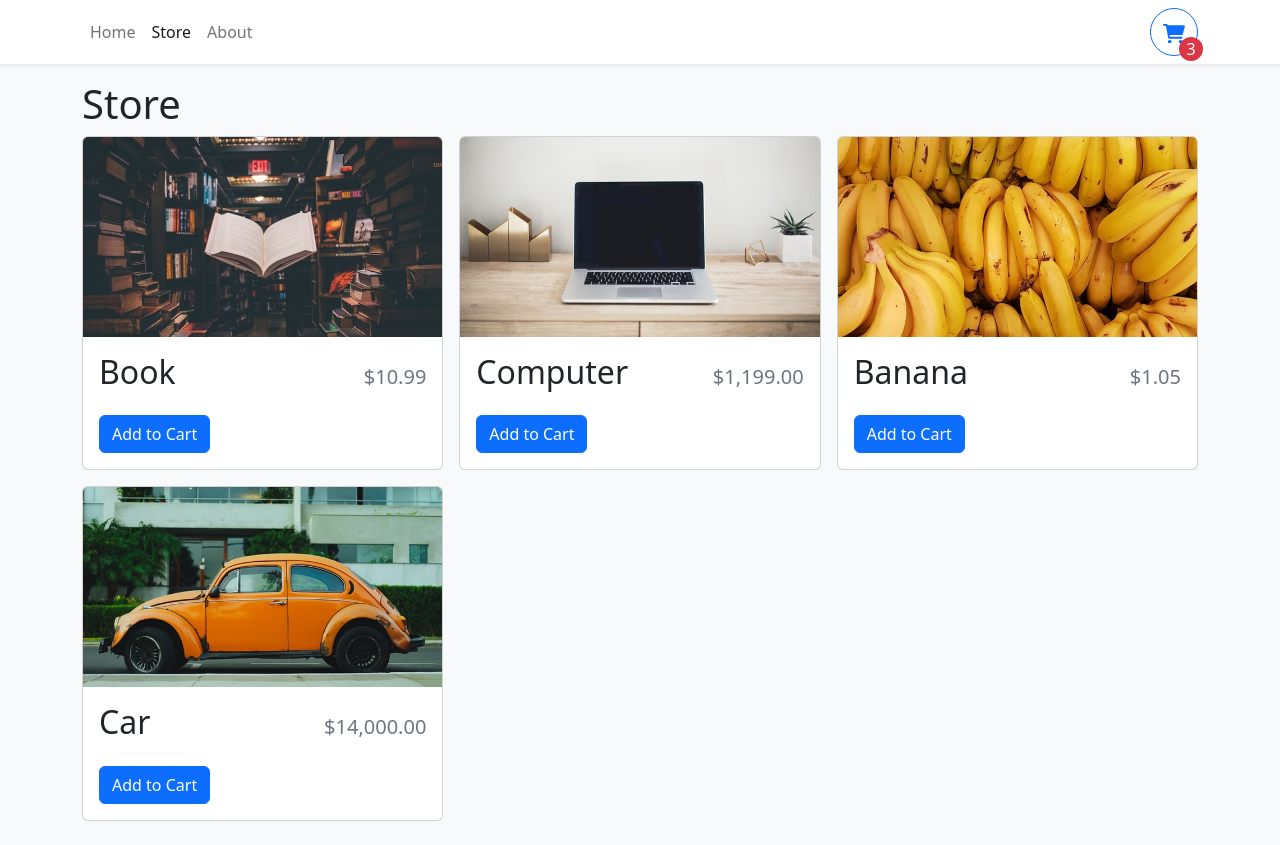
Repository: MoNasr2022/shopping-cart
Page: /store
The author's editor kept a copy of each file at every save. The page is drawn from the files as they stood at one save, then again after a run of saves.
The browser window is 1280 px wide. The pictures show the whole page.
The project was rebuilt for these pictures with package versions that can differ from the ones it lists, and the page was loaded fresh each time. Also part of the build but not shown: vite.config.ts, src/pages/Home.tsx, src/pages/About.tsx.

Above is the page before, as saved 2023-04-17 22:46:54.

After the next 5 saves:
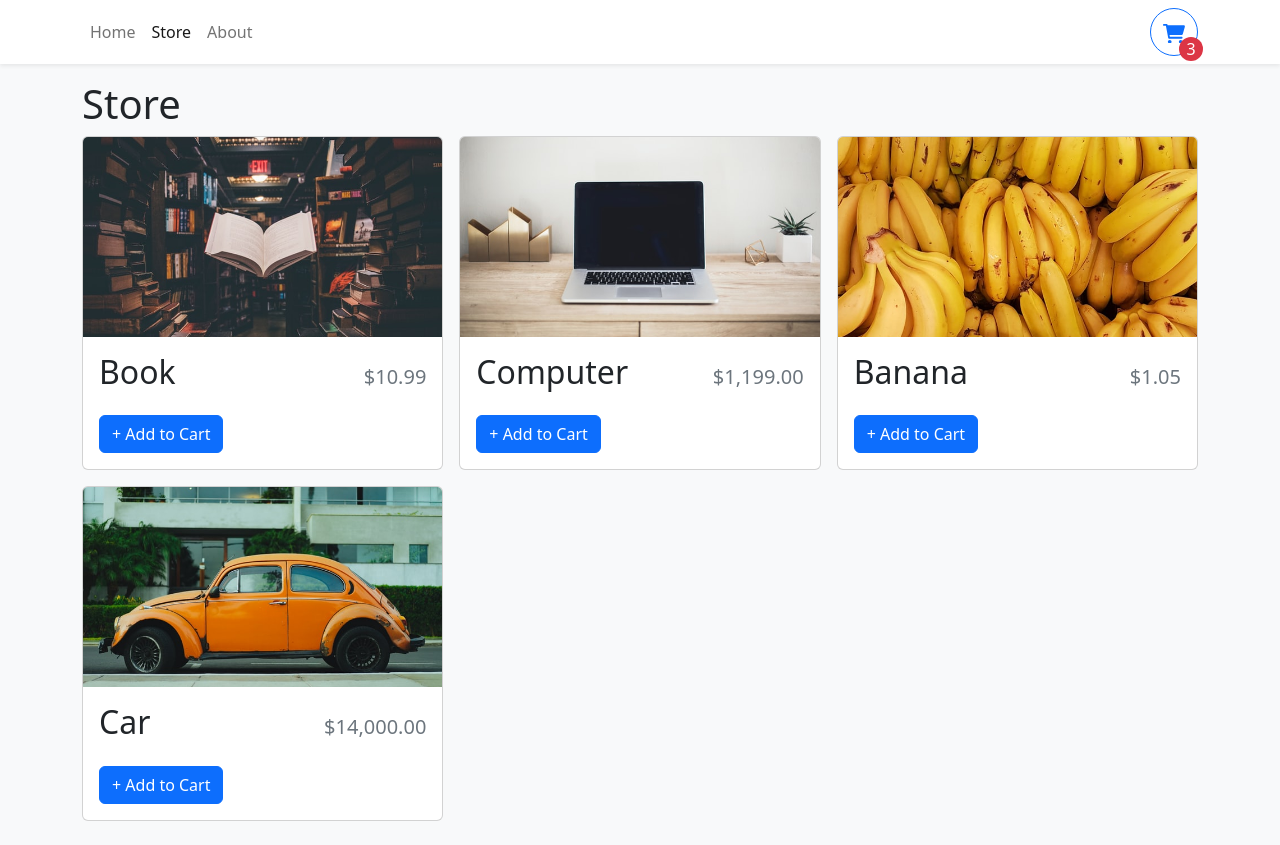
The 5 saves are shown as one change because they came seconds apart.
The last was saved 25 s later.
--- a/src/components/StoreItems.tsx
+++ b/src/components/StoreItems.tsx
@@ -25,7 +25,7 @@ function StoreItems({ id, name, price, imgUrl }: StoreItemsProps) {
         </Card.Title>
         <div className="mt-auto">
           {quantity === 0 ? (
-            <button className="btn btn-primary">Add to Cart</button>
+            <button className="btn btn-primary"><span>+</span> Add to Cart</button>
         ) : null}
         </div>
       </Card.Body>
